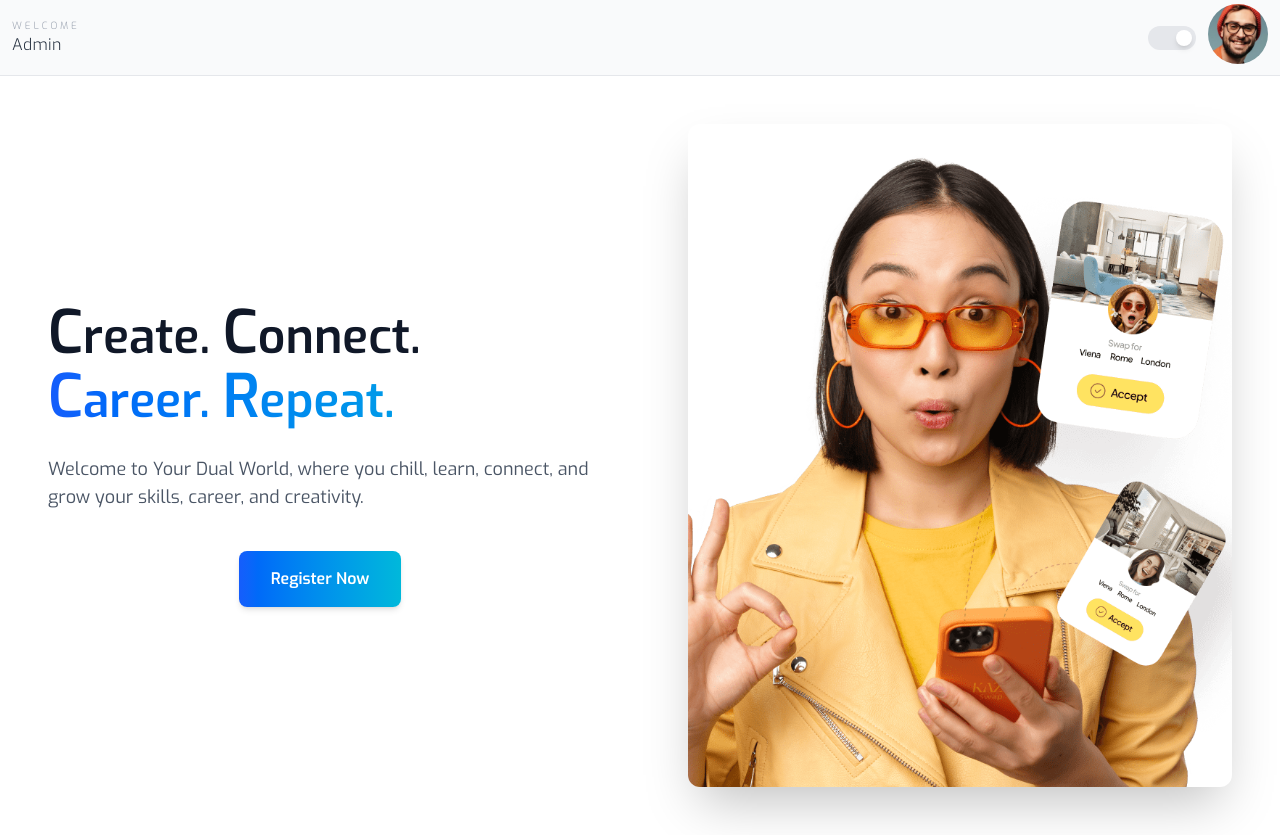
Repository: deepak445566/job
Page: / (app in frontend/)
These files come from the project's save history. The page is drawn as it stood at one moment and after a run of saves; the edit follows.
The browser window is 1280 px wide. The pictures show the whole page.
The page's requests for data from a server got no answer. Some web fonts or font styles are not loaded; a fallback is used. The project was rebuilt for these pictures with package versions that can differ from the ones it lists, and the page was loaded fresh each time. Some packages were replaced by stand-ins written for this rebuild. No one was signed in, and anything a server would have sent is missing. Also part of the build but not shown: frontend/vite.config.js, frontend/src/Components/auth/Login.jsx, frontend/src/Components/study/StudyDashboard.jsx, frontend/src/Components/chill/CreateReelModal.jsx, frontend/src/Components/chill/ChillDashboard.jsx, frontend/src/Components/common/Footer.jsx.

Above is the page before, as saved 2026-02-27 14:51:14.

After the next 2 saves:
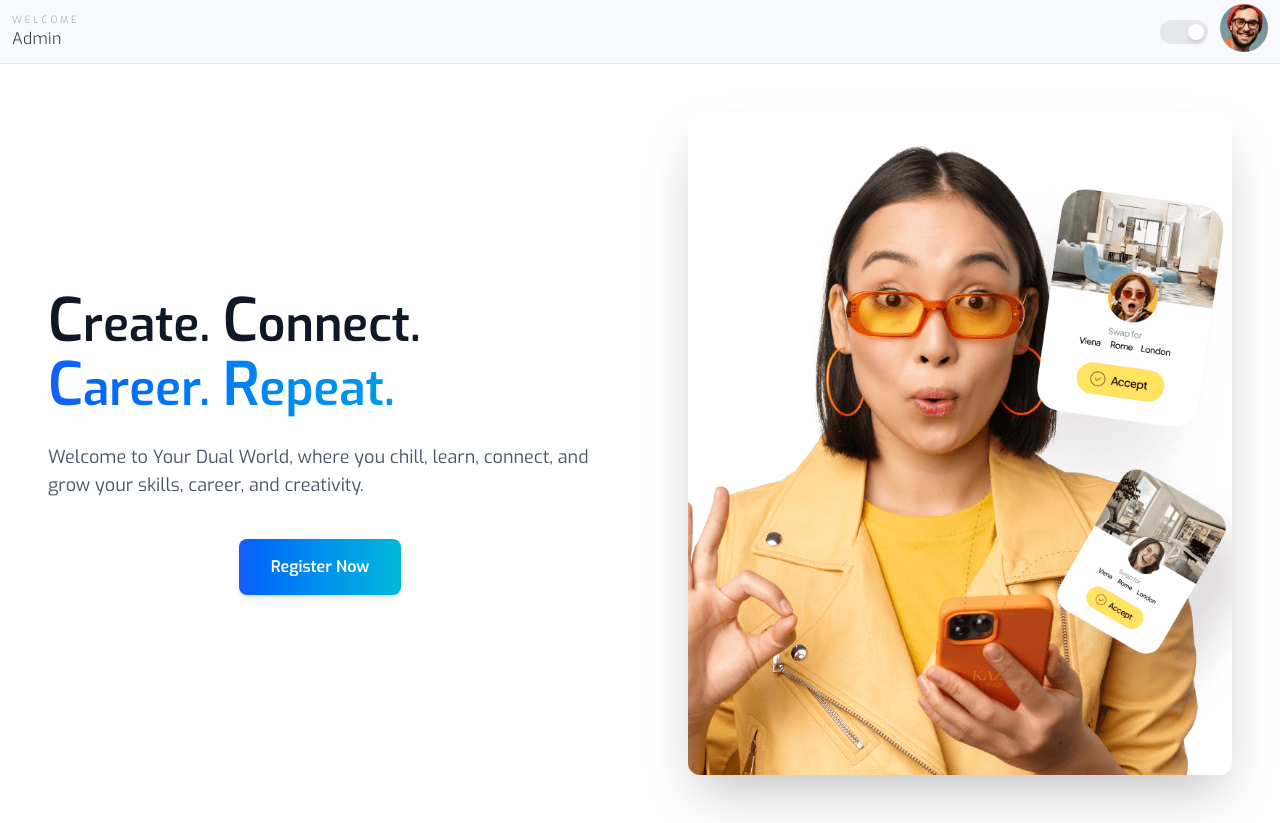
The 2 saves are shown as one change because they came seconds apart.
The last was saved 12 s later.
--- a/frontend/src/Components/common/Navbar.jsx
+++ b/frontend/src/Components/common/Navbar.jsx
@@ -103,7 +103,7 @@ function Navbar() {
           className="group relative focus:outline-none"
         >
           <div>
-            <img src="/images/log.jpg" className="h-15 w-15 rounded-full"/>
+            <img src="/images/log.jpg" className="h-12 w-12 rounded-full"/>
           </div>
 
 
